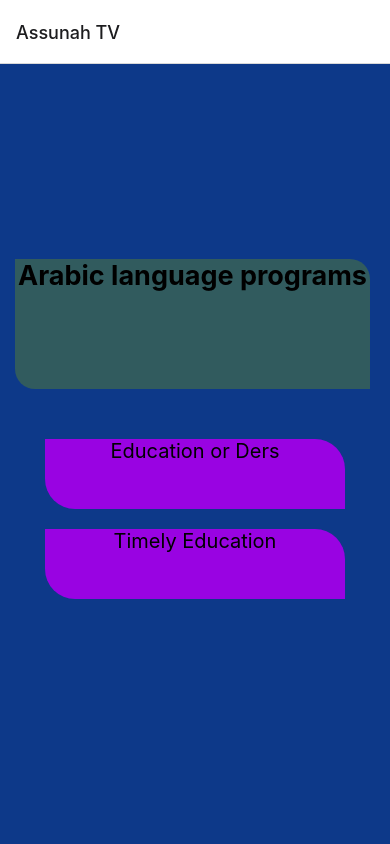
Repository: abdurehmanali611/Assunah_TV
Screen: /Arabic
An editor plug-in stored every save of this project. The screen is shown before and after the next save, followed by the edit.
The app was drawn by React Native's web renderer in a window 390 px wide. The project was rebuilt for these pictures with package versions that can differ from the ones it lists, and the page was loaded fresh each time. Also part of the build but not shown: Constants/Home.js, Constants/AboutUs.js, Constants/Contacts.js, Constants/AssunahFolder.js, Constants/AssunahKids.js, Constants/AdditionalExtra.js, Constants/Qiratcenter.js, Programs/AmharicPrograms.js and 29 more.

Above is the screen before, as saved 2024-01-08 23:05:54.

After the next save:
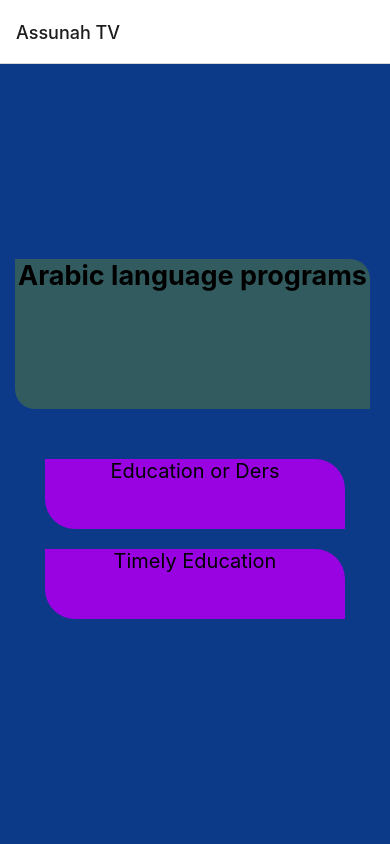
Saved 5 s later.
--- a/Programs/ArabicPrograms.js
+++ b/Programs/ArabicPrograms.js
@@ -64,7 +64,7 @@
         marginHorizontal: 15,
         borderBottomLeftRadius: 20,
         borderTopRightRadius: 20,
-        height: 130
+        height: 150
     }
 })
 
